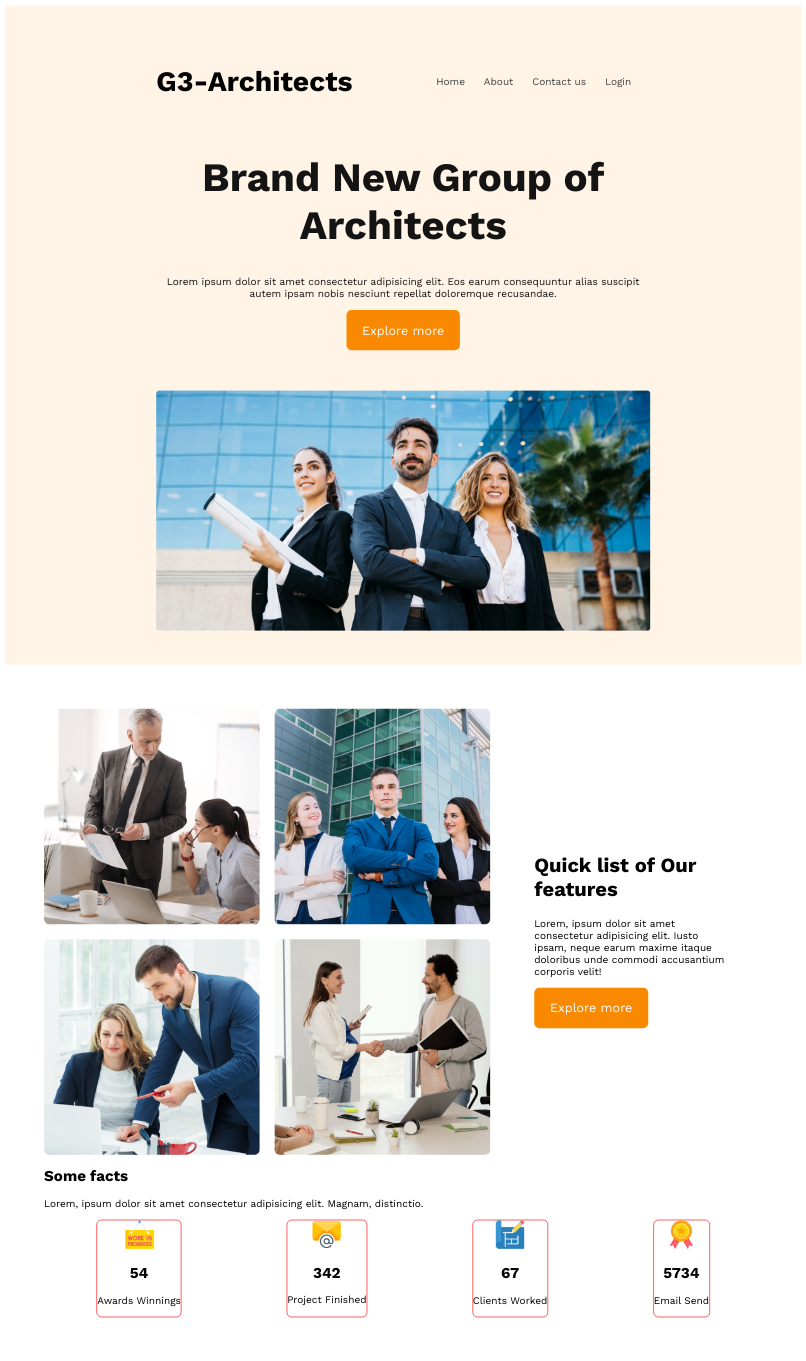
Repository: RudrasahaDibos/architects-resources
Page: index.html
An editor plug-in stored every save of this project. The page is shown before and after a run of saves, followed by the edit.
The browser window is 1280 px wide. The pictures show the whole page, at 63% of full size.

Above is the page before, as saved 2024-10-06 22:15:46.

### index.html
<!DOCTYPE html>
<html lang="en">
<head>
    <meta charset="UTF-8">
    <meta name="viewport" content="width=device-width, initial-scale=1.0">
    <link rel="stylesheet" href="index.css">
    <title>Responsive web side</title>
</head>
<body>
       <header>
              <nav>
                <h3 class="nav-title">G3-Architects</h3>
              <ul>
                 <li><a href="">Home</a></li>
                 <li><a href="">About</a></li>
                 <li><a href="">Contact us</a></li>
                 <li><a href="">Login</a></li>
              </ul>
              </nav>
             <div class="banner">
                <div class="banner-content">
                     <h1 class="banner-title">Brand New Group of Architects</h1>
                     <p class="banner-discription">Lorem ipsum dolor sit amet consectetur adipisicing elit. Eos earum consequuntur alias suscipit autem ipsam nobis nesciunt repellat doloremque recusandae.</p>
                     <button class="btn-banner">Explore more</button>
                </div>
                 <img src="images/banner.png" alt="">
             </div>

       </header>
       <main>
                <section class="team-container">
                        <div class="team-container-img">
                            <img src="images/team1.png" alt="">
                            <img src="images/team2.png" alt="">
                            <img src="images/team3.png" alt="">
                            <img src="images/team4.png" alt="">
                        </div>
                        <div class="team-content">
                             <h1 class="team-title">Quick list of Our features</h1>
                             <p class="team-discription">Lorem, ipsum dolor sit amet consectetur adipisicing elit. Iusto ipsam, neque earum maxime itaque doloribus unde commodi accusantium corporis velit!</p>
                             <button class="btn-banner">Explore more</button>
                            </div>

                </section>
                <!-- features -->
                 <section>

                 </section>
                 <!-- some -->
                  <section class="some-container">
                         <h1 class="some-title">Some facts</h1>
                    <p class="some-discription">Lorem, ipsum dolor sit amet consectetur
                      adipisicing elit. Magnam, distinctio.</p>
                   <div class="fact-card-container">
                          <div class="card">
                            <img src="/images/icons/customers.png" alt="">
                            <h2 class="card-start">54</h2>
                            <p class="card-title">Awards Winnings</p>
                          </div>
                          <div class="card">
                            <img src="/images/icons/email.png" alt="">
                            <h2 class="card-start">342</h2>
                            <p class="card-title">Project Finished</p>
                          </div>
                          <div class="card">
                            <img src="/images/icons/projects.png" alt="">
                            <h2 class="card-start">67</h2>
                            <p class="card-title">Clients Worked</p>
                          </div>
                          <div class="card">
                            <img src="/images/icons/ribon.png" alt="">
                            <h2 class="card-start">5734</h2>
                            <p class="card-title">Email Send</p>
                          </div>
                  </div>
                  </section>
       </main>
       <footer>

       </footer>
</body>
</html>

### index.css
@import url('https://fonts.googleapis.com/css2?family=Work+Sans:ital,wght@0,100..900;1,100..900&display=swap');
/* shared section
 */
*{
    font-family: "Lato", sans-serif;
    font-family: "Open Sans", sans-serif;
    font-family: "Work sans", sans-serif;


}
.btn-banner{
    background-color: rgb(248, 137, 0);
    border-radius: 8px;
    font-size: 20px;
    padding: 20px 25px;
    color: #fff;
    border: 0;

}

/* header section */
header{
    background-color: rgba(255,144,14,0.10);
    padding: 50px 240px;

}
.nav-title{
    font-size: 2.8rem;
    font-weight: 700px;
}
nav{
    display: flex;
    justify-content: space-between;
    align-items: center;
}
nav >ul{
    display: flex;
}
nav li{
    list-style: none;
    margin-right: 30px;
    font-weight: 500px;
    font-size: 1rem;
}
 nav li a{
    text-decoration: none;
    color: #424242;
 }

 /* banner style */

 .banner-content{
    max-width: 800px;
    text-align: center;
    margin: 0 auto;
 }
 .banner-title{
    font-size: 4rem;
    font-weight: 700;
    color: #141414;
 }
 .banner-discription{
    color: #141414;
 }
 .banner img{
    margin-top: 4rem;
    width: 100%;
 }






 /* main  */

 main{
    max-width: 1140px;
    margin: 70px auto;

 }
 .team-container{
    display: flex;
    align-items: center;
 }
 .team-container-img{
    display: grid;
    grid-template-columns: repeat(2,1fr);
    gap: 1.5rem;
 }
 .team-content{
    margin-right: 60px  ;
    margin-left: 70px;
 }
 .team-title{
    font-size: 2.0rem;
 }

 /* some */
 .fact-card-container{
    display: flex;
    justify-content: space-around;

 }
 .fact-card-container .card{
      border-radius: 8px;
      border: 1px solid red;
      text-align: center;
 }
 .fact-card-container .img{
      margin-top: 30px;
 }
 .fact-card-container .card-title{

 }
.fact-card-container .card-start{

}

 /* media Quary */
 @media screen and (max-width: 576px) {
    header{
        padding: 20px;
    }
    nav, .team-container{
        flex-direction: column;
    }
    .team-container-img{
        grid-template-columns: repeat(1,1fr);
    }

 }

 @media screen and (min-width: 576px) and (max-width: 960px) {
    header{
        padding: 50px;
    }
    nav,.team-container{
        flex-direction: column;
    }
    .team-container-img{
        grid-template-columns: repeat(1,1fr);
    }
 }

After the next 5 saves:
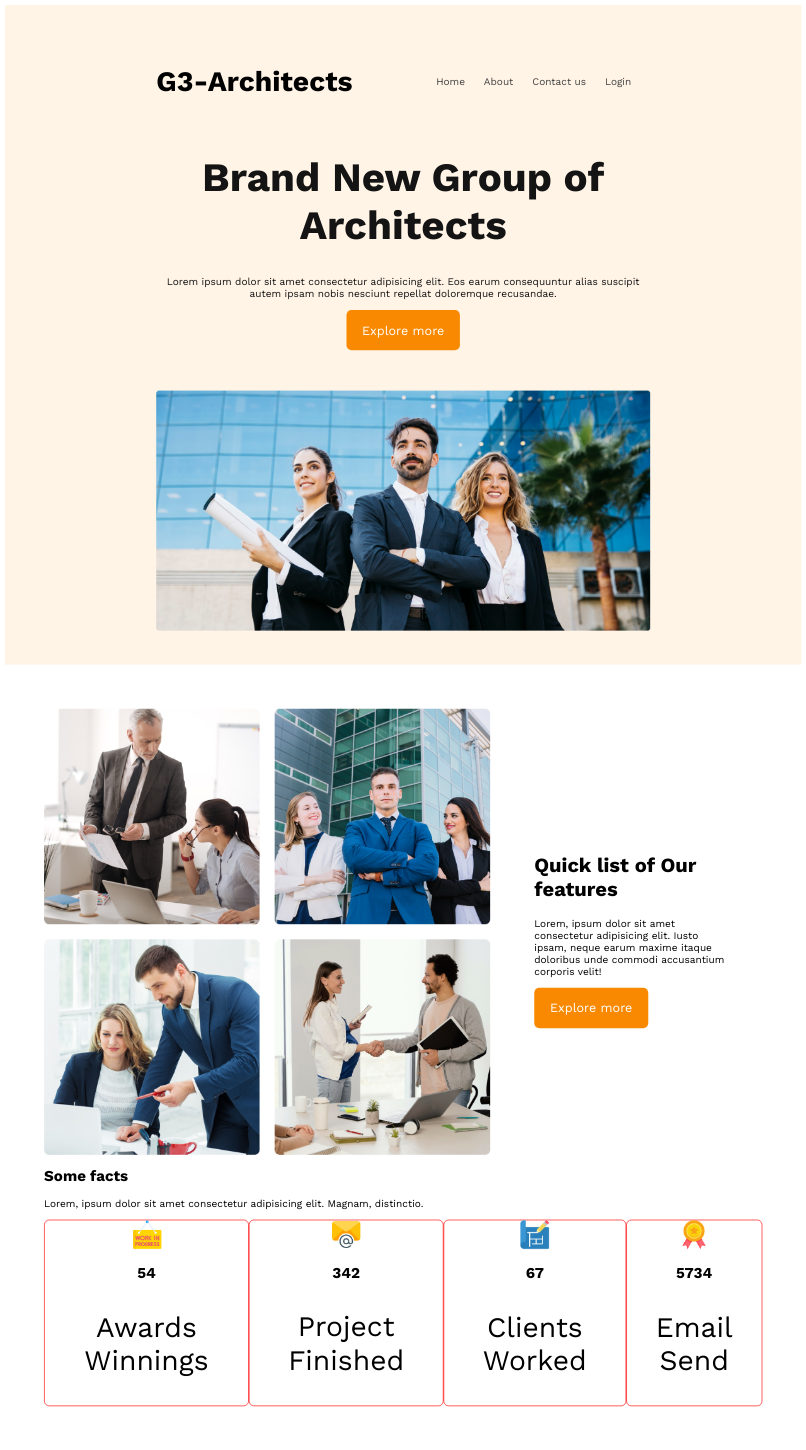
The 5 saves are shown as one change because they came seconds apart.
The last was saved 65 s later.
--- a/index.css
+++ b/index.css
@@ -108,10 +108,10 @@
       text-align: center;
  }
  .fact-card-container .img{
-      margin-top: 30px;
+
  }
  .fact-card-container .card-title{
-
+  font-size: 2.8rem;
  }
 .fact-card-container .card-start{
 

After the save that followed:
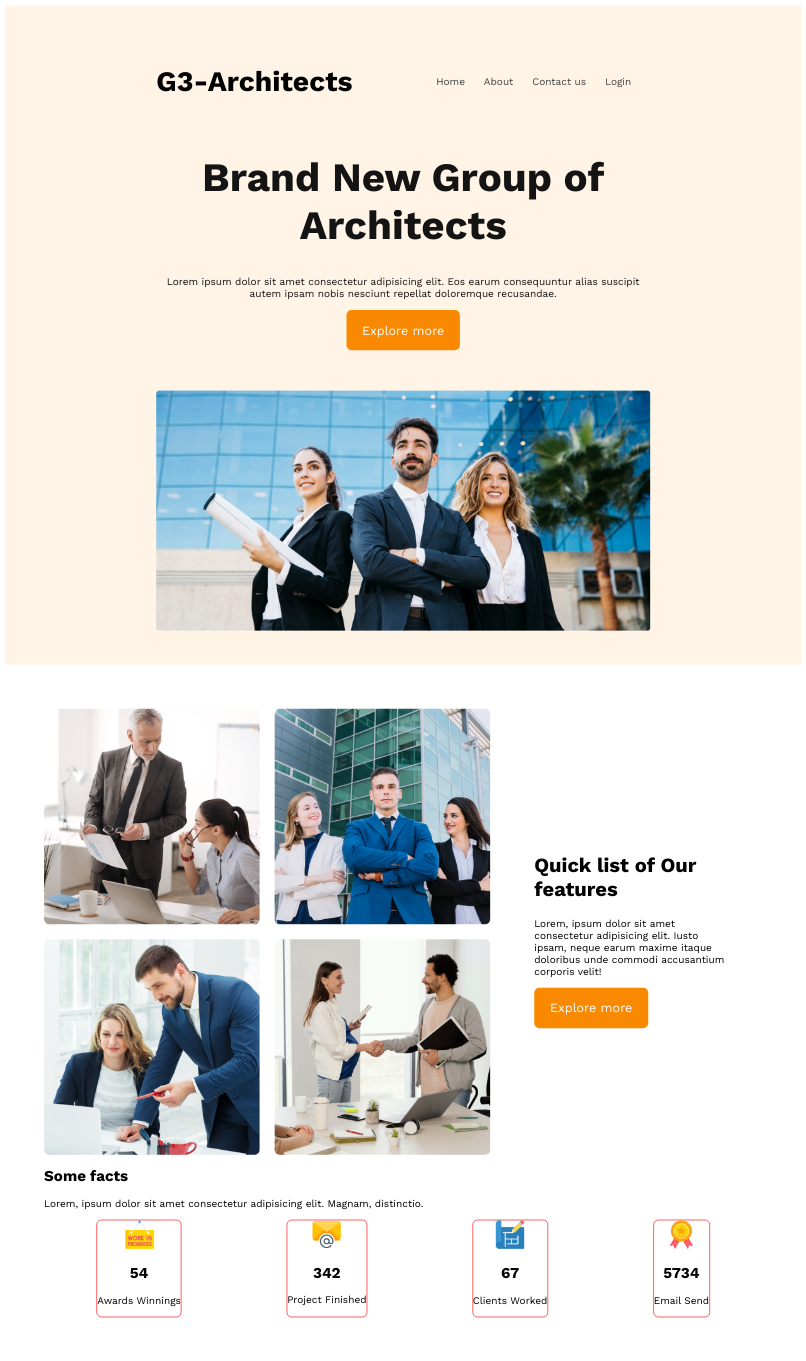
Saved 22 s later.
--- a/index.css
+++ b/index.css
@@ -111,7 +111,7 @@
 
  }
  .fact-card-container .card-title{
-  font-size: 2.8rem;
+
  }
 .fact-card-container .card-start{
 
